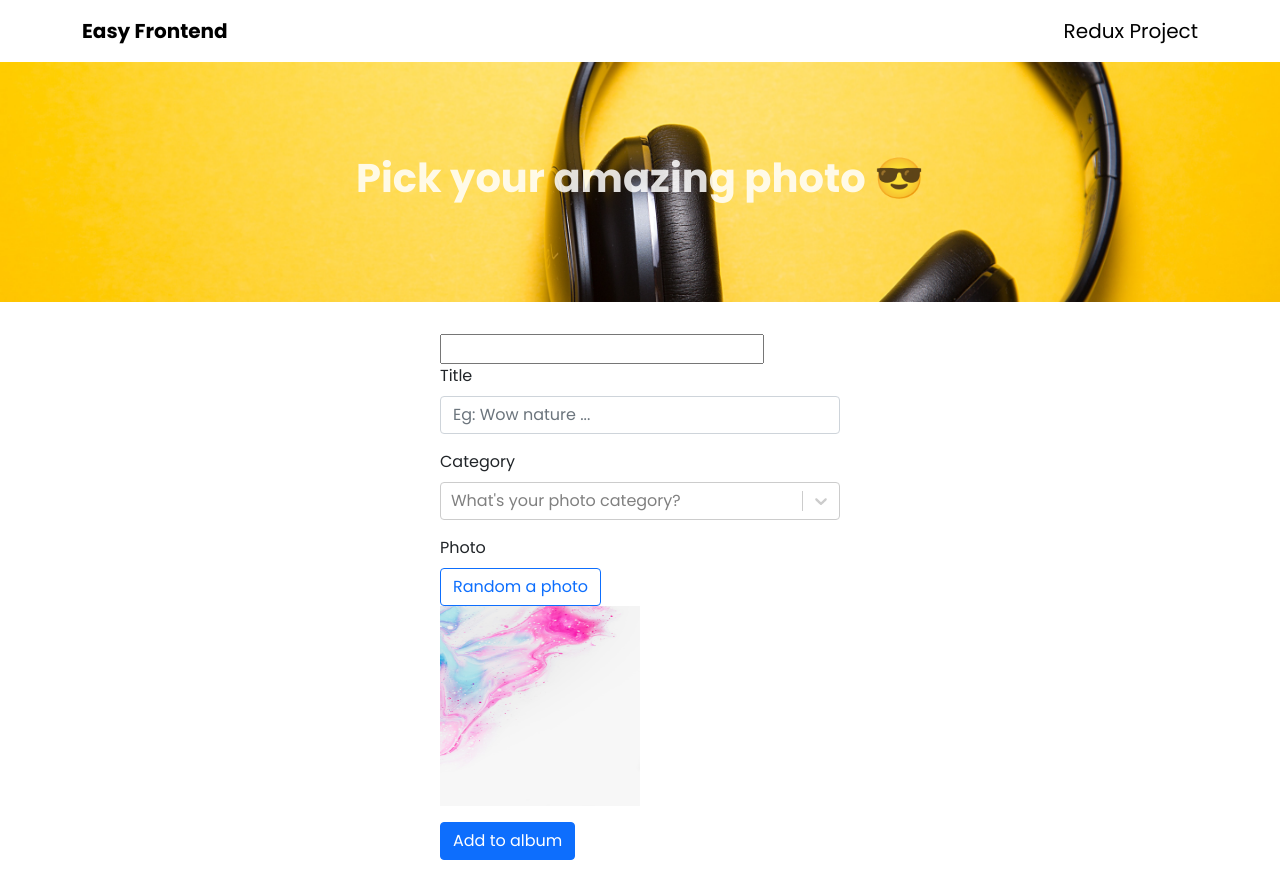
Repository: duckhai80/Redux-photo-app
Page: /photos/add
The author's editor kept a copy of each file at every save. The page is drawn from the files as they stood at one save, then again after the next save.
The browser window is 1280 px wide. The pictures show the whole page.
The project was rebuilt for these pictures with package versions that can differ from the ones it lists, and the page was loaded fresh each time. Also part of the build but not shown: src/App.css, src/components/NotFound/index.jsx.

Above is the page before, as saved 2021-10-29 14:15:00.

### public/index.html
<!DOCTYPE html>
<html lang="en">
  <head>
    <meta charset="utf-8" />
    <link rel="icon" href="%PUBLIC_URL%/favicon.ico" />
    <meta name="viewport" content="width=device-width, initial-scale=1" />
    <meta name="theme-color" content="#000000" />
    <meta
      name="description"
      content="Web site created using create-react-app"
    />
    <link rel="apple-touch-icon" href="%PUBLIC_URL%/logo192.png" />

    <link rel="manifest" href="%PUBLIC_URL%/manifest.json" />

    <title>React App</title>
    <link
      href="https://fonts.googleapis.com/css2?family=Poppins:ital,wght@0,400;0,700;1,400;1,700&display=swap"
      rel="stylesheet"
    />
  </head>
  <body>
    <noscript>You need to enable JavaScript to run this app.</noscript>
    <div id="root"></div>
  </body>
</html>

### src/index.js
import "bootstrap/dist/css/bootstrap.css";
import React from "react";
import ReactDOM from "react-dom";
import App from "./App";
import "./index.css";
import reportWebVitals from "./reportWebVitals";

ReactDOM.render(
  <React.StrictMode>
    <App />
  </React.StrictMode>,
  document.getElementById("root")
);

reportWebVitals();

### src/App.js
import logo from "./logo.svg";
import "./App.css";

import React, { Suspense } from "react";
import { BrowserRouter, Route, Switch, Redirect, Link } from "react-router-dom";
import Header from "./components/Header";
import NotFound from "./components/NotFound";

const Photo = React.lazy(() => import("./features/Photo/pages/Main"));
const AddEdit = React.lazy(() => import("./features/Photo/pages/AddEdit"));

function App() {
  return (
    <div className="photo-app">
      <Suspense fallback={<div>Loading ...</div>}>
        <BrowserRouter>
          <Header></Header>

          <Switch>
            <Redirect exact from="/" to="/photos" />

            <Route exact path="/photos" component={Photo} />
            <Route exact path="/photos/add" component={AddEdit} />
            <Route component={NotFound} />
          </Switch>

          {/* <ul>
            <li>
              <Link to="/photos">Go to photo page</Link>
            </li>
            <li>
              <Link to="/photos/add">Go to Add new photo page</Link>
            </li>
            <li>
              <Link to="/photos/123">Go to Edit photo page</Link>
            </li>
          </ul>
          <Header />
          <Switch>
            <Redirect exact from="/" to="/photos" />
          </Switch> */}
        </BrowserRouter>
      </Suspense>
    </div>
  );
}

export default App;

### src/index.css
body {
  margin: 0;
  font-family: "Poppins", -apple-system, BlinkMacSystemFont, "Segoe UI",
    "Roboto", "Oxygen", "Ubuntu", "Cantarell", "Fira Sans", "Droid Sans",
    "Helvetica Neue", sans-serif;
  -webkit-font-smoothing: antialiased;
  -moz-osx-font-smoothing: grayscale;
}

code {
  font-family: source-code-pro, Menlo, Monaco, Consolas, "Courier New",
    monospace;
}

### src/components/Header/index.jsx
import React from "react";
import { NavLink } from "react-router-dom";
import { Col, Container, Row } from "reactstrap";
import "./Header.scss";

Header.propTypes = {};

function Header() {
  return (
    <div>
      <header className="header">
        <Container>
          <Row className="justify-content-between">
            <Col xs="auto">
              <a
                className="header__link header__title"
                href="https://youtube.com/easyfrontend"
                target="_blank"
                rel="noopener noreferrer"
              >
                Easy Frontend
              </a>
            </Col>

            <Col xs="auto">
              <NavLink
                exact
                className="header__link"
                to="/photos"
                activeClassName="header__link--active"
              >
                Redux Project
              </NavLink>
            </Col>
          </Row>
        </Container>
      </header>
    </div>
  );
}

export default Header;

### src/features/Photo/pages/AddEdit/index.jsx
import Banner from "components/Banner";
import NotFound from "components/NotFound";
import PhotoForm from "features/Photo/components/PhotoForm";
import React from "react";
import { Redirect, Route, Switch } from "react-router";
import "./styles.scss";

AddEditPage.propTypes = {};

function AddEditPage(props) {
  return (
    <div className="photo-edit">
      <Banner title="Pick your amazing photo 😎" />

      <div className="photo-edit__form">
        <PhotoForm
          onSubmit={(values) => console.log("Form submit: ", values)}
        />
      </div>
    </div>
  );
}

export default AddEditPage;

### src/components/Header/Header.scss
.header {
  padding: 1rem 0;
  font-size: 1.25rem;

  &__title {
    font-weight: bold;
  }

  &__link {
    color: #000;
    text-decoration: none;
    transition: all 0.25s ease-in-out 0s;

    &--active,
    &:hover {
      text-decoration: none;
      // color: var(--primary);
      color: rgb(56, 144, 216);
    }
  }
}

### src/components/Banner/index.jsx
import PropTypes from "prop-types";
import React from "react";
import "./Banner.scss";

Banner.propTypes = {
  title: PropTypes.string,
  backgroundUrl: PropTypes.string,
};

Banner.defaultProps = {
  title: "",
  backgroundUrl: "",
};

function Banner(props) {
  const { title, backgroundUrl } = props;

  const bannerStyle = backgroundUrl
    ? { backgroundImage: `url(${backgroundUrl})` }
    : {};

  return (
    <section className="banner" style={bannerStyle}>
      <h1 className="banner__title">{title}</h1>
    </section>
  );
}

export default Banner;

### src/constants/images.js
import blueBackground from "../assets/images/blue-bg.jpg";
import colorfulBackground from "../assets/images/colorful-bg.jpg";
import orangeBackground from "../assets/images/orange-bg.jpg";
import pinkBackground from "../assets/images/pink-bg.jpg";

const Images = {
  ORANGE_BG: orangeBackground,
  BLUE_BG: blueBackground,
  COLORFUL_BG: colorfulBackground,
  PINK_BG: pinkBackground,
};

export default Images;

### src/features/Photo/components/PhotoForm/index.jsx
import { PHOTO_CATEGORY_OPTIONS } from "constants/global";
import Images from "constants/images";
import { FastField, Form, Formik } from "formik";
import PropTypes from "prop-types";
import React from "react";
import Select from "react-select";
import { Button, FormGroup, Input, Label } from "reactstrap";

PhotoForm.propTypes = {
  onSubmit: PropTypes.func,
};

PhotoForm.defaultProps = {
  onSubmit: null,
};

function PhotoForm(props) {
  return (
    <Formik>
      {(formikProps) => {
        const { values, errors, touched } = formikProps;
        console.log({ values, errors, touched });

        return (
          <Form>
            <FastField name="title" />
            <FormGroup>
              <Label for="titleId">Title</Label>
              <Input
                name="title"
                id="titleId"
                placeholder="Eg: Wow nature ..."
              />
            </FormGroup>

            <FormGroup>
              <Label for="categoryId">Category</Label>
              <Select
                id="categoryId"
                name="categoryId"
                placeholder="What's your photo category?"
                options={PHOTO_CATEGORY_OPTIONS}
              />
            </FormGroup>

            <FormGroup>
              <Label for="categoryId">Photo</Label>

              <div>
                <Button type="button" outline color="primary">
                  Random a photo
                </Button>
              </div>
              <div>
                <img
                  width="200px"
                  height="200px"
                  src={Images.COLORFUL_BG}
                  alt="colorful background"
                />
              </div>
            </FormGroup>

            <FormGroup>
              <Button color="primary">Add to album</Button>
            </FormGroup>
          </Form>
        );
      }}
    </Formik>
  );
}

export default PhotoForm;

### src/features/Photo/pages/AddEdit/styles.scss
.photo-edit {
  &__form {
    margin: 2rem auto 1rem auto;
    max-width: 25rem;
  }
}

### src/components/Banner/Banner.scss
.banner {
  display: flex;
  flex-flow: row wrap;
  justify-content: center;
  align-items: center;
  height: 15rem;

  background-image: url(../../assets/images/orange-bg.jpg);
  background-position: center;
  background-size: cover;

  &__title {
    color: rgba(255, 255, 255, 0.85);
    font-weight: bold;
  }
}

### src/constants/global.js
export const PHOTO_CATEGORY_OPTIONS = [
  { value: 1, label: "Technology" },
  { value: 2, label: "Education" },
  { value: 3, label: "Nature" },
  { value: 4, label: "Animals" },
  { value: 5, label: "Styles" },
];

### src/custom-field/InputField/index.jsx
import React from "react";
import PropTypes from "prop-types";

InputField.propTypes = {
  field: PropTypes.object.isRequired,
  form: PropTypes.object.isRequired,
  type: PropTypes.string,
  label: PropTypes.string,
  placeholder: PropTypes.string,
  disabled: PropTypes.bool,
};

InputField.defaultProps = {
  type: "text",
  label: "",
  placeholder: "",
  disabled: false,
};

function InputField(props) {
  return <div>Input Field</div>;
}

export default InputField;

Loaded but not shown: src/reportWebVitals.js (common file)

After the next save:
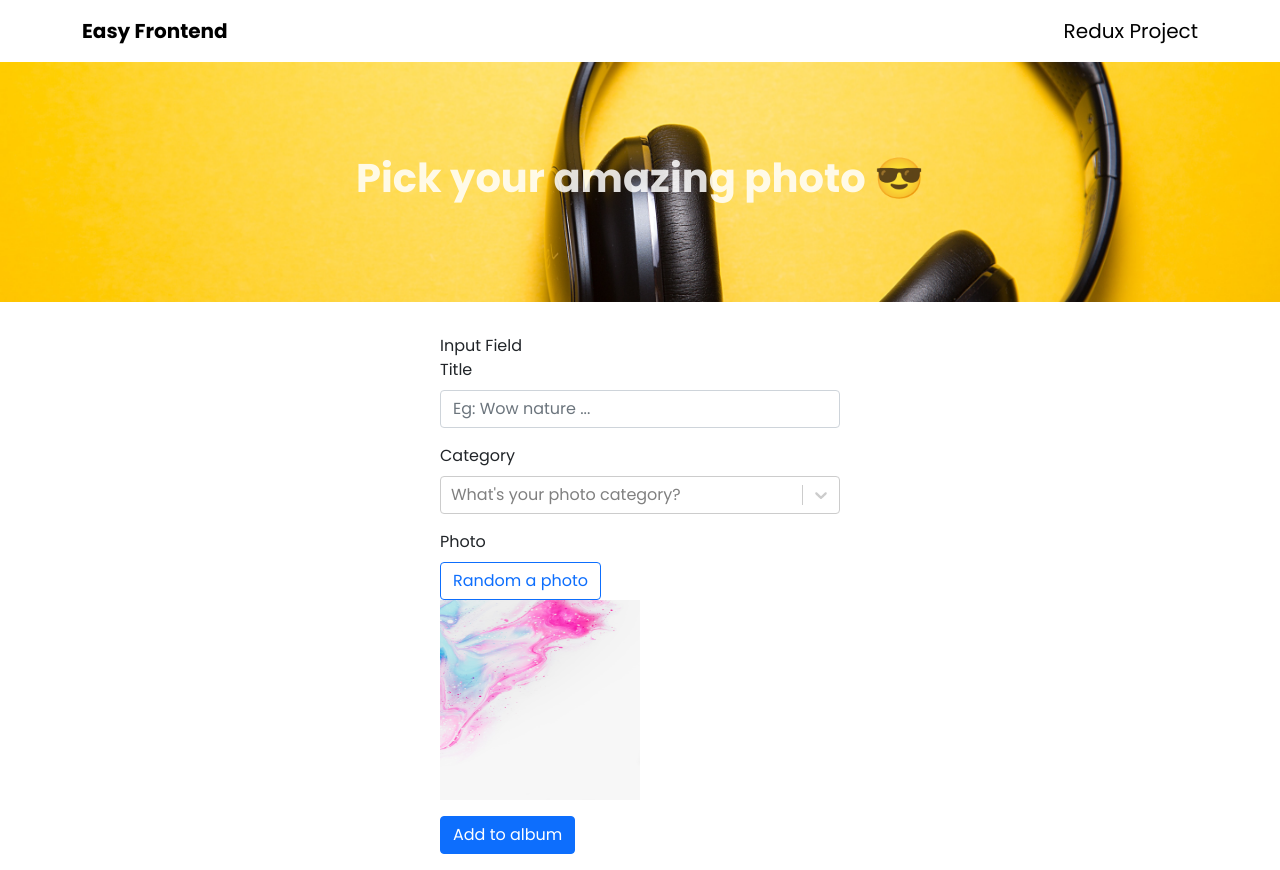
Saved 14 s later.
--- a/src/features/Photo/components/PhotoForm/index.jsx
+++ b/src/features/Photo/components/PhotoForm/index.jsx
@@ -1,5 +1,6 @@
 import { PHOTO_CATEGORY_OPTIONS } from "constants/global";
 import Images from "constants/images";
+import InputField from "custom-field/InputField";
 import { FastField, Form, Formik } from "formik";
 import PropTypes from "prop-types";
 import React from "react";
@@ -23,7 +24,7 @@ function PhotoForm(props) {
 
         return (
           <Form>
-            <FastField name="title" />
+            <FastField name="title" component={InputField} />
             <FormGroup>
               <Label for="titleId">Title</Label>
               <Input
